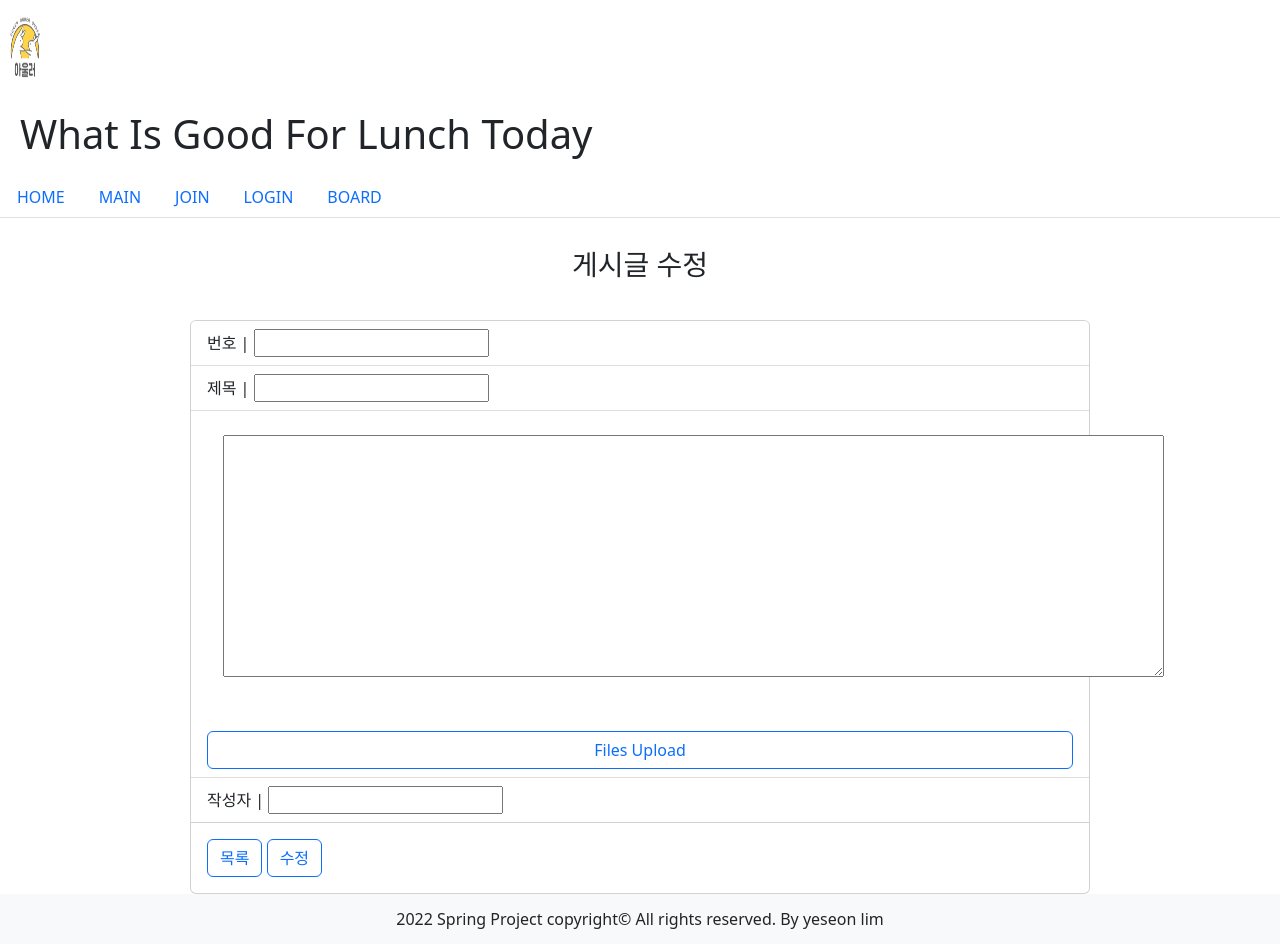
Repository: yeseonlim/springtest
Page: http://localhost/my_spring/WEB-INF/views/board/modify.jsp
An editor plug-in stored every save of this project. The page is shown before and after the next save, followed by the edit.
The browser window is 1280 px wide. The pictures show the whole page.
The page is served by Tomcat 9. Nobody is signed in. Other server files are loaded and not shown. The template is opened directly, without the code that normally fills it, so the values that code supplies are empty.

Above is the page before, as saved 2022-12-30 07:58:03.

### my_spring/src/main/webapp/WEB-INF/views/board/modify.jsp
<%@ page language="java" contentType="text/html; charset=UTF-8"
    pageEncoding="UTF-8"%>
<%@ taglib uri="http://java.sun.com/jsp/jstl/core" prefix="c" %>
<%@ taglib uri="http://java.sun.com/jsp/jstl/functions" prefix="fn" %>
<!DOCTYPE html>
<html>
<head>
<meta charset="UTF-8">
<title>modify</title>
<style>
*{
margin: 0;
padding: 0;
}
html, body{
	height: 100%;
}
body{
	display: flex;
	flex-direction: column;
}
section{
	flex: 1;
}
h1{
text-indent:20px;
padding: 10px 0;
}
form{
max-width: 900px;
margin:0 auto;
}
h3{
text-align: center;
padding: 30px 0;
}
</style>
</head>
<body>
	<jsp:include page="../layout/header.jsp"></jsp:include>
	<section>
	 <form action="/modify" method="post" enctype="multipart/form-data">
	 	<h3>게시글 수정</h3>
		<div class="card">
		  <ul class="list-group list-group-flush">
		    <li class="list-group-item">번호 | <input type="text" id="bno" name="bno" value="${bvo.bno }" readonly="readonly"></li>
		    <li class="list-group-item">제목 | <input type="text" id="title" name="title" value="${bvo.title }"></li>
		    <li class="list-group-item">
			    <div class="card-body">
			    	<p class="card-text"><textarea rows="10" cols="100" id="content" name="content">${bvo.content }</textarea></p>
			    </div>
			    <!-- file 표현라인 -->
			    <div class="card-body">
			    	<ul class="list-group list-group-flush">
			    		<c:forEach items="${fList }" var="fvo">
			    			<!-- 파일이 여러개일때 반복적으로 li 추가 -->
			    			<li>
			    				<c:choose>
			    					<c:when test="${fvo.file_type > 0 }">
			    						<div>
			    						<!-- D:...fileUpload/2022/12/28 -->
			    							<img src="/upload/${fn:replace(fvo.save_dir, '\\', '/')}/${fvo.uuid}_th_${fvo.file_name}">
			    						</div>
			    					</c:when>
			    					<c:otherwise>
			    						<div>
			    							<!-- 파일모양 아이콘을 넣어서 일반 파일임을 표현 -->
			    						</div>
			    					</c:otherwise>
			    				</c:choose>
			    				<!-- 파일이름, 등록일, 사이즈 -->
			    				<div class="ms-2 me-auto">
			    				<div class="fw-bold">${fvo.file_name }</div>
			    				${fvo.reg_at }
			    				</div>
			    				<span class="badge bg-secondary rounded-pill">${fvo.file_size } Byte</span>
			    				<button type="button" data-uuid=${fvo.uuid } class="btn btn-sm btn-light py-0 file-x">✖️</button>
			    			</li>
			    		</c:forEach>
			    	</ul>
			    </div>
			  <div class="col-12 d-grid">
	  				<input class="form-control" type="file" style="display: none;"
	  				 id="files" name="files" multiple>
	  				<button type="button" id="trigger" class="btn btn-outline-primary btn-block d-block">Files Upload</button>
				</div>
				<div class="col-12" id="fileZone">

				</div>
		    </li>
		    <li class="list-group-item">작성자 | <input type="text" id="writer" name="writer" value="${bvo.writer }" readonly="readonly"></li>
		  </ul>
		  <div class="card-body">
		 	 <a href="/list" class="card-link"><button type="button" class="btn btn-outline-primary">목록</button></a>
		 	 <button type="submit" id="regBtn" class="btn btn-outline-primary">수정</button>
		  </div>
		</div>
	</form>
	</section>
	<script src="../resources/js/boardPosting.js"></script>
	<jsp:include page="../layout/footer.jsp"></jsp:include>

### my_spring/src/main/webapp/WEB-INF/views/layout/header.jsp
<%@ page language="java" contentType="text/html; charset=UTF-8"
    pageEncoding="UTF-8"%>
<%@ taglib uri="http://java.sun.com/jsp/jstl/core" prefix="c" %>
<!DOCTYPE html>
<html>
<head>
<meta charset="UTF-8">
<title>header</title>
<!-- CSS only -->
<link href="https://cdn.jsdelivr.net/npm/bootstrap@5.2.3/dist/css/bootstrap.min.css" rel="stylesheet" integrity="sha384-rbsA2VBKQhggwzxH7pPCaAqO46MgnOM80zW1RWuH61DGLwZJEdK2Kadq2F9CUG65" crossorigin="anonymous">
<!-- JavaScript Bundle with Popper -->
<script src="https://cdn.jsdelivr.net/npm/bootstrap@5.2.3/dist/js/bootstrap.bundle.min.js" integrity="sha384-kenU1KFdBIe4zVF0s0G1M5b4hcpxyD9F7jL+jjXkk+Q2h455rYXK/7HAuoJl+0I4" crossorigin="anonymous"></script>
</head>
<body>
	<header>
	    <img alt="logo" src="../resources/img/로고2.png" height="100px" width="50px">
		<h1>What Is Good For Lunch Today</h1>
	</header>
		<nav>
			<ul class="nav nav-tabs">
			  <li class="nav-item">
			    <a class="nav-link" aria-current="page" href="/">HOME</a>
			  </li>
			  <li class="nav-item">
			    <a class="nav-link" href="/main">MAIN</a>
			  </li>
			  <c:if test="${ses.id == null }">
			  <li class="nav-item">
			    <a class="nav-link" href="/join">JOIN</a>
			  </li>
			  <li class="nav-item">
			    <a class="nav-link" href="/login">LOGIN</a>
			  </li>
			  </c:if>
			  <li class="nav-item">
			    <a class="nav-link" href="/list">BOARD</a>
			  </li>
			  <c:if test="${ses.id != null }">
				  <%-- <li class="nav-item">
				    <a class="nav-link" href="#">${ses.name }님 반갑습니다 :)</a>
				  </li> --%>
				  <div class="btn-group btn-primary">
					  <button type="button" class="btn btn-outline-none dropdown-toggle" data-bs-toggle="dropdown" aria-expanded="false">
					    ${ses.name }님 반갑습니다 :)
					  </button>
					  <ul class="dropdown-menu">
					    <li><a class="dropdown-item" href="/myinfo">MY INFO</a></li>
					    <li><a class="dropdown-item" href="/posting">POSTING</a></li>
					    <li><hr class="dropdown-divider"></li>
					    <li><a class="dropdown-item" href="/logout">LOGOUT</a></li>
					  </ul>
					</div>
			  </c:if>
			</ul>
		</nav>
	<script type="text/javascript">
	const msg = '<c:out value="${msg }" />';
	if(msg==='0'){
		console.log(msg);
		alert("로그아웃 되었습니다.");
	}
	</script>

### my_spring/src/main/webapp/WEB-INF/views/layout/footer.jsp
<%@ page language="java" contentType="text/html; charset=UTF-8"
    pageEncoding="UTF-8"%>
<%@ taglib uri="http://java.sun.com/jsp/jstl/core" prefix="c" %>
<style>
.footer{
height: 50px;
}
.container-fluid{
text-align:center;
line-height: 50px;
}
</style>
 <footer>
	<div class="footer footer-expand-lg bg-light">
		<div class="container-fluid">
		  2022 Spring Project copyright&copy; All rights reserved. By yeseon lim
		</div>
	</div>
 </footer>
</body>
</html>

### my_spring/src/main/webapp/resources/js/boardPosting.js
document.getElementById('trigger').addEventListener('click', ()=>{
    document.getElementById('files').click();
});

//정규표현식을 이용한 생성자 함수 만들기
//fileload시 형식제한, 실행파일 막기, 이미지파일
const regExp = new RegExp("\.(exe|sh|bat|msi|dll|js)$");
const regExpImg = new RegExp("\.(jpg|jpeg|png|gif)$");
const maxSize = 1024*1024*20; //20MB보다 큰지 체크

function fileSizeValidation(fileName, fileSize) {
    if(regExp.test(fileName)){
        return 0;
    }else if(!regExpImg.test(fileName)){
        return 0;
    }else if(fileSize > maxSize){
        return 0;
    }else{
        return 1;
    }
}

document.addEventListener('change', (e)=>{
    if(e.target.id == "files"){
        //제한된 파일이 들어왔을때 클릭되는것을 방지
        document.getElementById('regBtn').disabled = false;
        //input type="file" element는 fileObject 객체로 리턴
        const fileObject = document.getElementById('files').files;
        console.log(fileObject);

        let div = document.getElementById('fileZone');
        div.innerHTML="";
        let ul = '<ul class="list-group list-group-flush">';
        let isOk = 1;
        for(let file of fileObject){
            let validResult = fileSizeValidation(file.name, file.size);
            isOk *=validResult; //모든 첨부파일의 결과가 1이어야 통과
            ul+=`<li class="list-group-item d-flex justify-content-between align-items-start">`;
            //업로드 가능여부 표시
            ul+=`${validResult ? '<div class="fw-bold">업로드 가능':'<div class="fw-bold text-danger">업로드 불가'}</div>`;
            ul+=`${file.name}`;
            ul+=`<span class="badge bg-${validResult ? 'success':'danger'} rounded-pill">${file.size} Bytes</span></li>`;
        }
        ul+=`</ul>`;
        div.innerHTML = ul;

        if(isOk == 0){
            document.getElementById('regBtn').disabled = true;
        }
    }
})

document.addEventListener('click', (e)=>{
    if(e.target.classList.contains('file-x')){
        let li = e.target.closest('li');
        let uuid = e.target.dataset.uuid;
        console.log(uuid);
        deleteFile(uuid).then(result=>{
            if(result>0){
                alert("파일이 삭제되었습니다.");
                li.remove();
            }
        })
    }
})

async function deleteFile(uuid){
    try {
        const url='/file/'+uuid;
        const config={
            method:'delete',
        };
        const resp = await fetch(url, config);
        const result = await resp.text();
        return result;
    } catch (error) {
        console.log(error);
    }
}

After the next save:
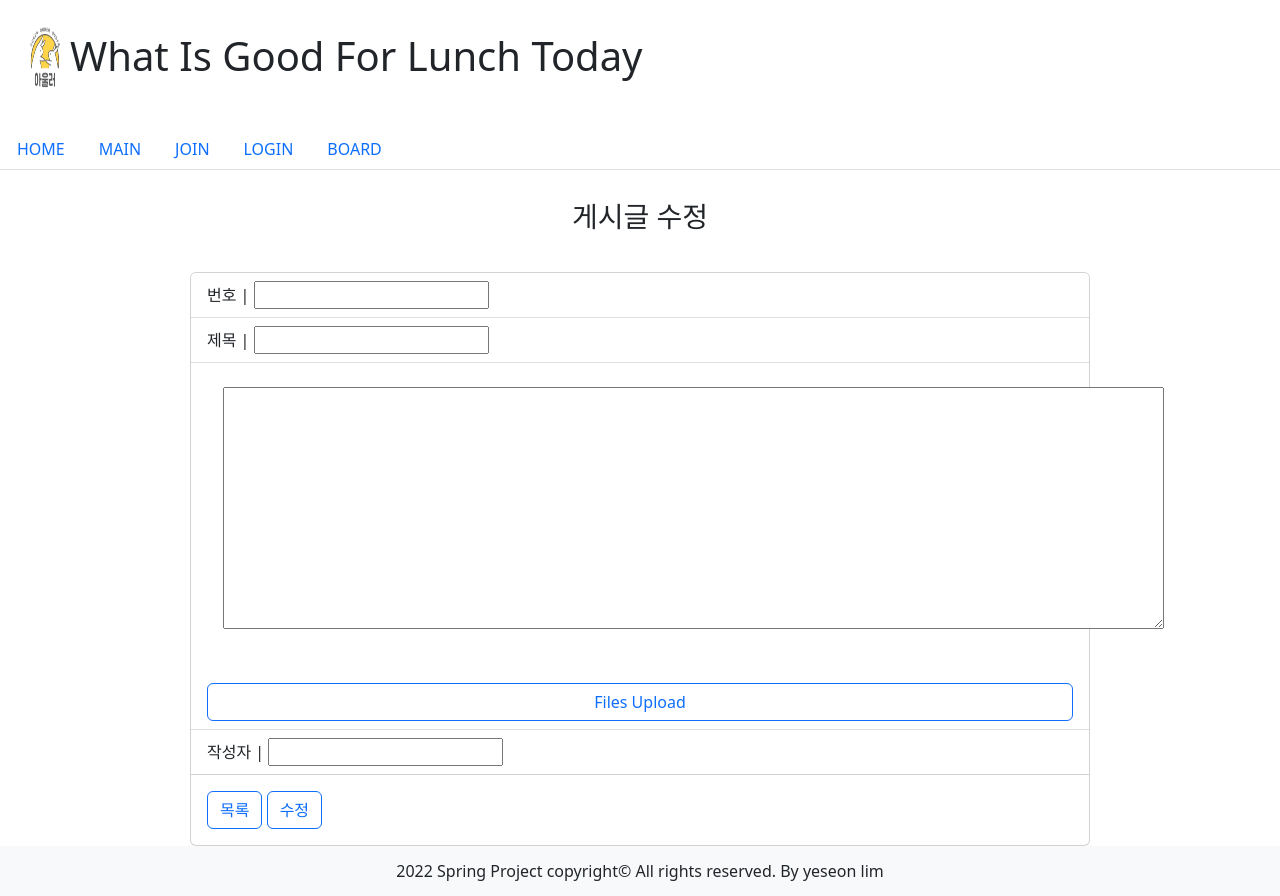
Saved 34 s later.
--- a/my_spring/src/main/webapp/WEB-INF/views/layout/header.jsp
+++ b/my_spring/src/main/webapp/WEB-INF/views/layout/header.jsp
@@ -13,8 +13,7 @@
 </head>
 <body>
 	<header>
-	    <img alt="logo" src="../resources/img/로고2.png" height="100px" width="50px">
-		<h1>What Is Good For Lunch Today</h1>
+		<h1><img alt="logo" src="../resources/img/로고2.png" height="100px" width="50px">What Is Good For Lunch Today</h1>
 	</header>
 		<nav>
 			<ul class="nav nav-tabs">
